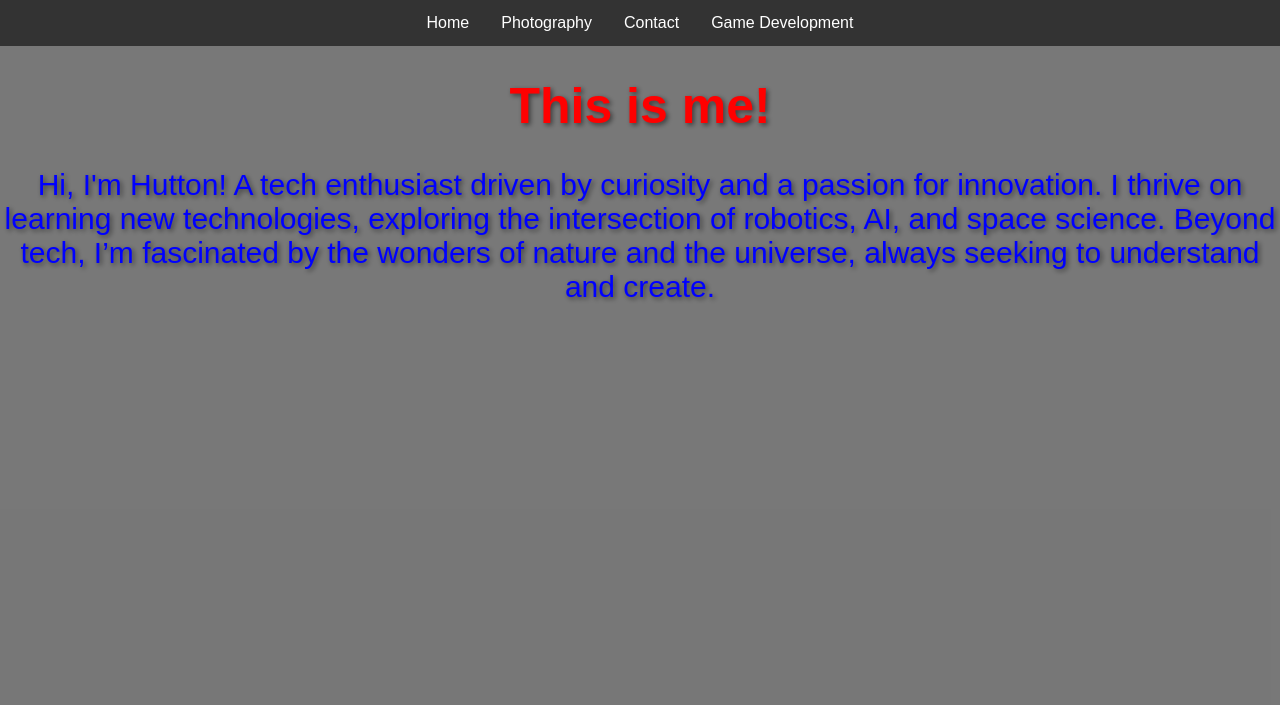
Repository: Argivist/ArgPortfolio
Page: index.html
These files come from the project's save history. The page is drawn as it stood at one moment and after the next save; the edit follows.
The browser window is 1280 px wide. The pictures show the whole page.

Above is the page before, as saved 2025-03-28 15:52:01.
Not found: css/img/home.jpeg

### index.html
<!DOCTYPE html>
<html lang="en">

<head>
    <meta charset="UTF-8">
    <meta name="viewport" content="width=device-width, initial-scale=1.0">
    <link rel="stylesheet" href="css/styles.css">
    <link rel="stylesheet" href="css/nav.css">
    <link rel="stylesheet" href="css/home.css">

    <title>Hutton Amison-Addy</title>

    <style>
        body{
            background-color: #f0f0f0;
            font-family: 'Arial', sans-serif;
        }
    </style>
</head>

<body>
    <nav>
        <ul>
            <li class="nav-content"><a href="index.html">Home</a></li>
            <li class="nav-content"><a href="https://www.instagram.com/theworldinoneseye/">Photography</a></li>

            <li class="dropdown nav-content">
                <a href="contact.html">Contact</a>
                <ul class="dropdown-content">
                    <li><a href="https://www.linkedin.com/in/hutton-amison-addy-7b1b3b1b1/">LinkedIn</a></li>
                    <li><a href="https://www.github.com/Argivist">GitHub</a></li>
                    <li><a href="mailto:hutton.amison@ashesi.edu.gh">hutton.amison@ashesi.edu.gh</a></li>
                    <li><a href="mailto:huttonaaddy.public@gmail.com">huttonaaddy.public@gmail.com</a></li>
                </ul>
            </li>

            <li class="dropdown nav-content">
                <a href="#">Game Development</a>
                <ul class="dropdown-content">
                    <li><a href="game/index.html">Game Development Projects</a></li>
                    <li><a href="blender/index.html">Blender</a></li>
                </ul>
            </li>
        </ul>
    </nav>
    <div class="padding">
    </div>
        <div class="overlay">
            <h1>This is me!</h1>
            <p class="desc">
                Hi, I'm Hutton! A tech enthusiast driven by curiosity and a passion for innovation. I thrive on learning new technologies, exploring the intersection of robotics, AI, and space science. Beyond tech, I’m fascinated by the wonders of nature and the universe, always seeking to understand and create.
            </p>
        </div>



</body>

</html>

### css/nav.css
/* NAV Content and Dropdown */
.nav-content {
    position: relative;
    display: inline-block;
}

.dropdown {
    position: relative; /* For proper absolute positioning of its child */
    display: inline-block;
}

.dropdown:hover .dropdown-content {
    display: block;
}

.dropdown-content {
    display: none;
    position: absolute; /* This makes it overlay other elements without affecting layout */
    background-color: #f9f9f9;
    min-width: 160px;
    box-shadow: 0px 8px 16px 0px rgba(0,0,0,0.2);
    z-index: 1;
}

/* Nav Stylisation */
nav {
    background-color: #333;
    position: fixed;
    top: 0;
    left: 0;
    width: 100vw;
    z-index: 100;
    display: flex;
    justify-content: center;  /* Centers the nav content horizontally */
    align-items: center;      /* Vertically centers items */
    margin: 0;
}

/* Reserve space for the fixed navbar */
.padding {
    height: 35px;  /* Adjust this value to match your navbar's height */
    top: 0;
    left: 0;
    width: 100%;
    bottom: 0;
}

/* Nav List Styles */
nav ul {
    list-style-type: none;
    margin: 0;
    padding: 0;
    display: flex;
}

nav ul li {
    display: inline-block;
    margin: 0;
    text-align: center;
}

/* Nav Links */
nav ul li a {
    display: block;
    color: white;
    text-align: center;
    padding: 14px 16px;
    text-decoration: none;
}

nav ul li a:hover {
    background-color: #111;
}

/* Optional: Ensure dropdown list items take full width */
.dropdown ul li {
    width: 100%;
}

### css/home.css
h1 {
    color: red;
    font-size: 50px;
    text-align: center;
    text-shadow: 2px 2px 5px rgba(0, 0, 0, 0.5);
}

p {
    color: blue;
    font-size: 30px;
    text-align: center;
    text-shadow: 2px 2px 5px rgba(0, 0, 0, 0.5);
}


body {
    background-image:url('img/home.jpeg');
    background-size: cover;        /* Ensures the image covers the whole screen */
    background-repeat: no-repeat;  /* Prevents tiling */
    background-position: center;   /* Centers the image */
}
.overlay {
    position: fixed;
    /* top: 0; */
    left: 0;
    width: 100%;
    height: 100%;
    background-color: rgba(0, 0, 0, 0.5); /* Adjust opacity as needed */
    z-index: -1; /* Keeps it behind your content */
}

Loaded but not shown: css/styles.css (no stored copy; drawn as an empty file)

After the next save:
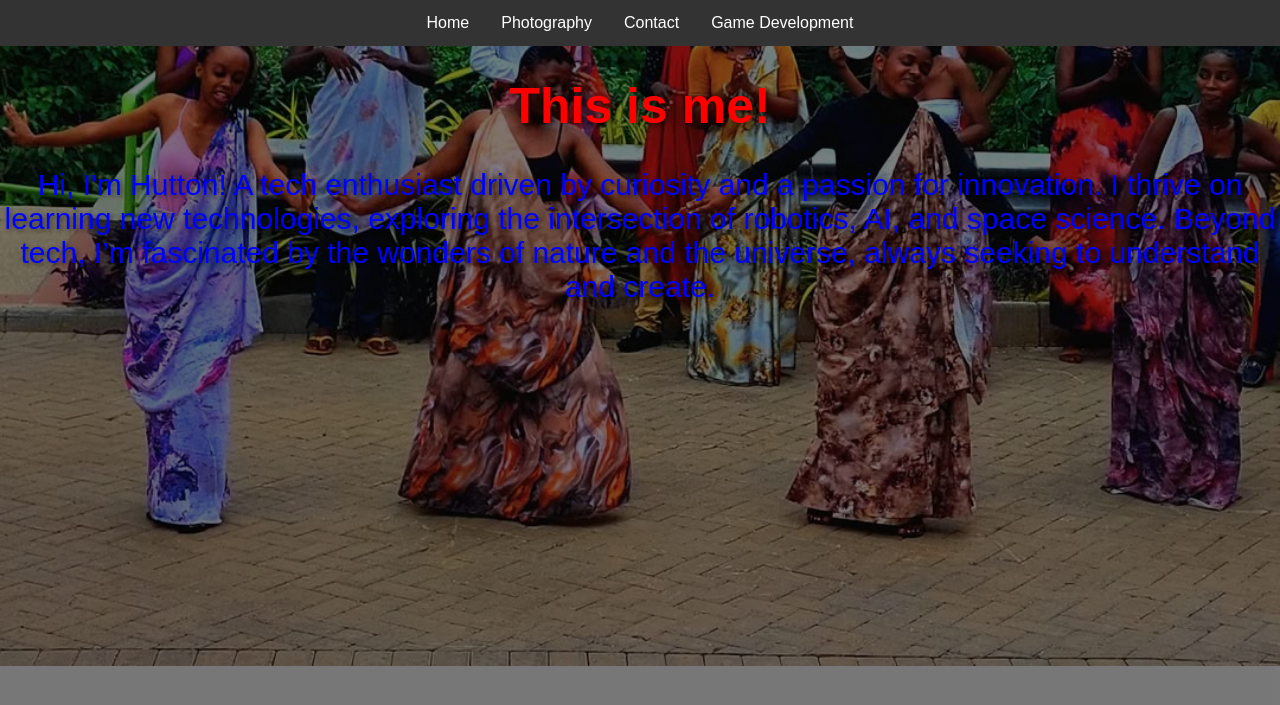
Saved 16 s later.
--- a/css/home.css
+++ b/css/home.css
@@ -14,7 +14,7 @@ p {
 
 
 body {
-    background-image:url('img/home.jpeg');
+    background-image:url('../img/home.jpeg');
     background-size: cover;        /* Ensures the image covers the whole screen */
     background-repeat: no-repeat;  /* Prevents tiling */
     background-position: center;   /* Centers the image */
